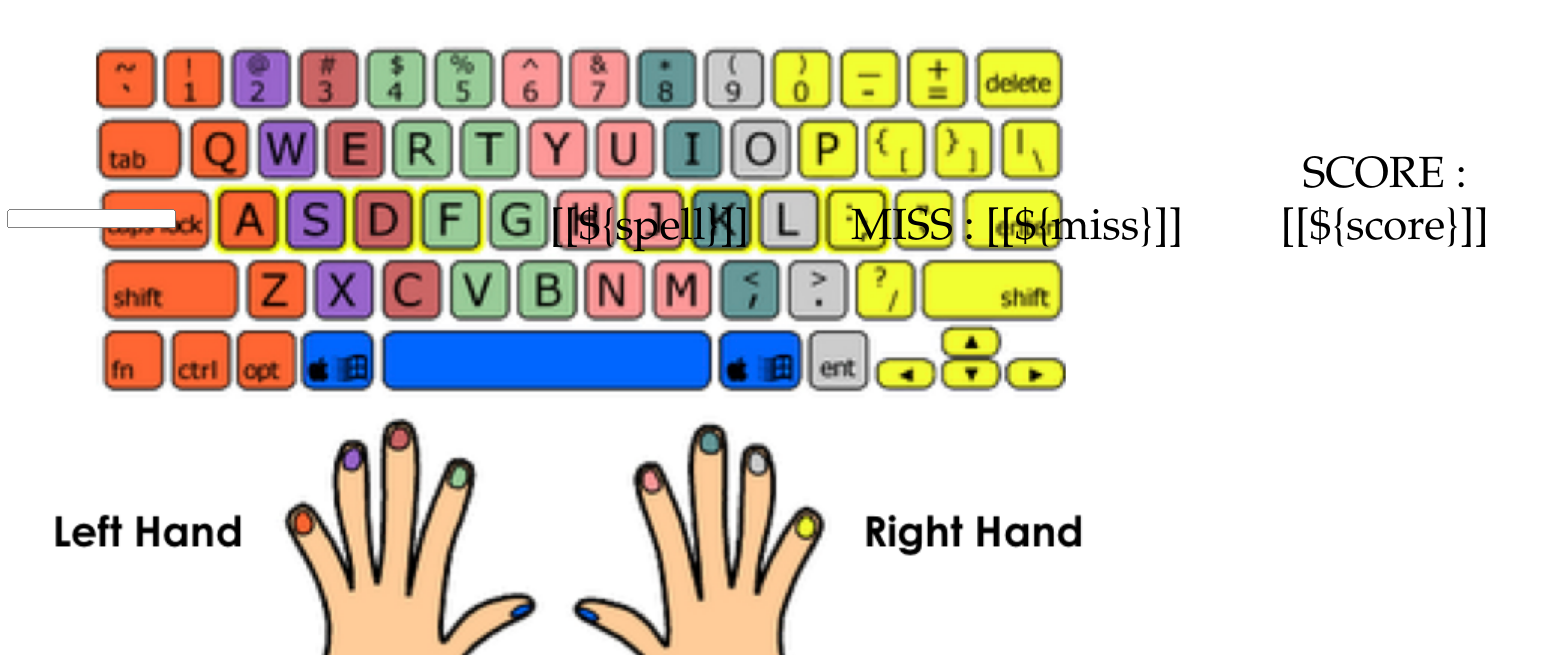
Repository: thaddeas01/typingskill
Page: src/main/resources/templates/single.html
An editor plug-in stored every save of this project. The page is shown before and after the next save, followed by the edit.
The browser window is 1280 px wide. The page is 1722 px wide, so the pictures cover 1722 px, including what lies to the right of the window. The pictures show the whole page, at 91% of full size.

Above is the page before, as saved 2023-01-14 00:34:47.
Console error: SyntaxError: Unexpected token '{'

### src/main/resources/templates/single.html
<head>
  <title>Game Application by Pentagon</title>
</head>

<body>
  <div id="app"></div>

  <p class="word1"> [[${spell}]]</p>
  <p class="word2"> MISS : [[${miss}]]</p>
  <p class="word3"> SCORE : [[${score}]]</p>
  <form th:action="@{/hantei(prob=${spell},miss=${miss},score=${score})}" method="post">
    <input type="text" name="answer" id="firstinput">
  </form>
</body>

<style>
  body {
      background-image: url('gamebacks.png');
      background-repeat: no-repeat;
      background-size: cover;
    }

    .word1{
      font-size: 3em;
      width: 400px;
      height: 100px;
      font-family: "garamond", serif;
      position: relative;
      text-align: center;
      top: 20%;
      left: 40%;
      display: inline-block;
      margin-top: 1rem;
    }
    .word2{
      font-size: 3em;
      width: 400px;
      height: 100px;
      font-family: "garamond", serif;
      position: relative;
      text-align: center;
      top: 20%;
      left: 40%;
      display: inline-block;
      margin-top: 1rem;
    }
    .word3{
      font-size: 3em;
      width: 400px;
      height: 100px;
      font-family: "garamond", serif;
      position: relative;
      text-align: center;
      top: 20%;
      left: 40%;
      display: inline-block;
      margin-top: 1rem;
    }
  .base-timer {
    position: relative;
    width: 150px;
    height: 150px;
  }

  .base-timer__svg {
    transform: scaleX(-1);
  }

  .base-timer__circle {
    fill: none;
    stroke: none;
  }

  .base-timer__path-elapsed {
    stroke-width: 7px;
    stroke: grey;
  }

  .base-timer__path-remaining {
    stroke-width: 7px;
    stroke-linecap: round;
    transform: rotate(90deg);
    transform-origin: center;
    transition: 1s linear all;
    fill-rule: nonzero;
    stroke: currentColor;
  }

  .base-timer__path-remaining.green {
    color: rgb(65, 184, 131);
  }

  .base-timer__path-remaining.orange {
    color: orange;
  }

  .base-timer__path-remaining.red {
    color: red;
  }

  .base-timer__label {
    position: relative;
    top: -110px;
    width: 150px;
    height: 150px;
    display: flex;
    align-items: flex-start;
    justify-content: center;
    font-size: 48px;
  }
</style>
<script th:inline="javascript">
  const FULL_DASH_ARRAY = 300;
  const WARNING_THRESHOLD = 4;
  const ALERT_THRESHOLD = 2;

  const COLOR_CODES = {
    info: {
      color: "green"
    },
    warning: {
      color: "orange",
      threshold: WARNING_THRESHOLD
    },
    alert: {
      color: "red",
      threshold: ALERT_THRESHOLD
    }
  };

  const TIME_LIMIT = 7;
  let timePassed = 0;
  let timeLeft = TIME_LIMIT;
  let timerInterval = null;
  let remainingPathColor = COLOR_CODES.info.color;
  var miss = [[${ miss }]];
  var score = [[${ score }]];

  document.getElementById("app").innerHTML = `
<div class="base-timer">
  <svg class="base-timer__svg" viewBox="0 0 100 100" xmlns="http://www.w3.org/2000/svg">
    <g class="base-timer__circle">
      <circle class="base-timer__path-elapsed" cx="50" cy="50" r="45"></circle>
      <path
        id="base-timer-path-remaining"
        stroke-dasharray="283"
        class="base-timer__path-remaining ${remainingPathColor}"
        d="
          M 50, 50
          m -45, 0
          a 45,45 0 1,0 90,0
          a 45,45 0 1,0 -90,0
        "
      ></path>
    </g>
  </svg>
  <span id="base-timer-label" class="base-timer__label">${formatTime(
    timeLeft
  )}</span>
</div>
`;
  document.getElementById('firstinput').focus();
  startTimer();

  function startTimer() {
    timerInterval = setInterval(() => {
      timePassed = timePassed += 1;
      timeLeft = TIME_LIMIT - timePassed;
      document.getElementById("base-timer-label").innerHTML = formatTime(
        timeLeft
      );
      setCircleDasharray();
      setRemainingPathColor(timeLeft);

      if (timeLeft === 0) {
        clearInterval(timerInterval);
        setTimeout(function () {
          location.href = "/timeout?miss=" + miss + "&score=" + score
        }, 0);
      }
    }, 1000);
  }

  function formatTime(time) {
    const minutes = Math.floor(time / 60);
    let seconds = time % 60;

    if (seconds < 10) {
      seconds = `0${seconds}`;
    }

    return `${minutes}:${seconds}`;
  }

  function setRemainingPathColor(timeLeft) {
    const { alert, warning, info } = COLOR_CODES;
    if (timeLeft <= alert.threshold) {
      document
        .getElementById("base-timer-path-remaining")
        .classList.remove(warning.color);
      document
        .getElementById("base-timer-path-remaining")
        .classList.add(alert.color);
    } else if (timeLeft <= warning.threshold) {
      document
        .getElementById("base-timer-path-remaining")
        .classList.remove(info.color);
      document
        .getElementById("base-timer-path-remaining")
        .classList.add(warning.color);
    }
  }

  function calculateTimeFraction() {
    const rawTimeFraction = timeLeft / TIME_LIMIT;
    return rawTimeFraction - (1 / TIME_LIMIT) * (1 - rawTimeFraction);
  }

  function setCircleDasharray() {
    const circleDasharray = `${(
      calculateTimeFraction() * FULL_DASH_ARRAY
    ).toFixed(0)} 283`;
    document
      .getElementById("base-timer-path-remaining")
      .setAttribute("stroke-dasharray", circleDasharray);
  }
</script>

After the next save:
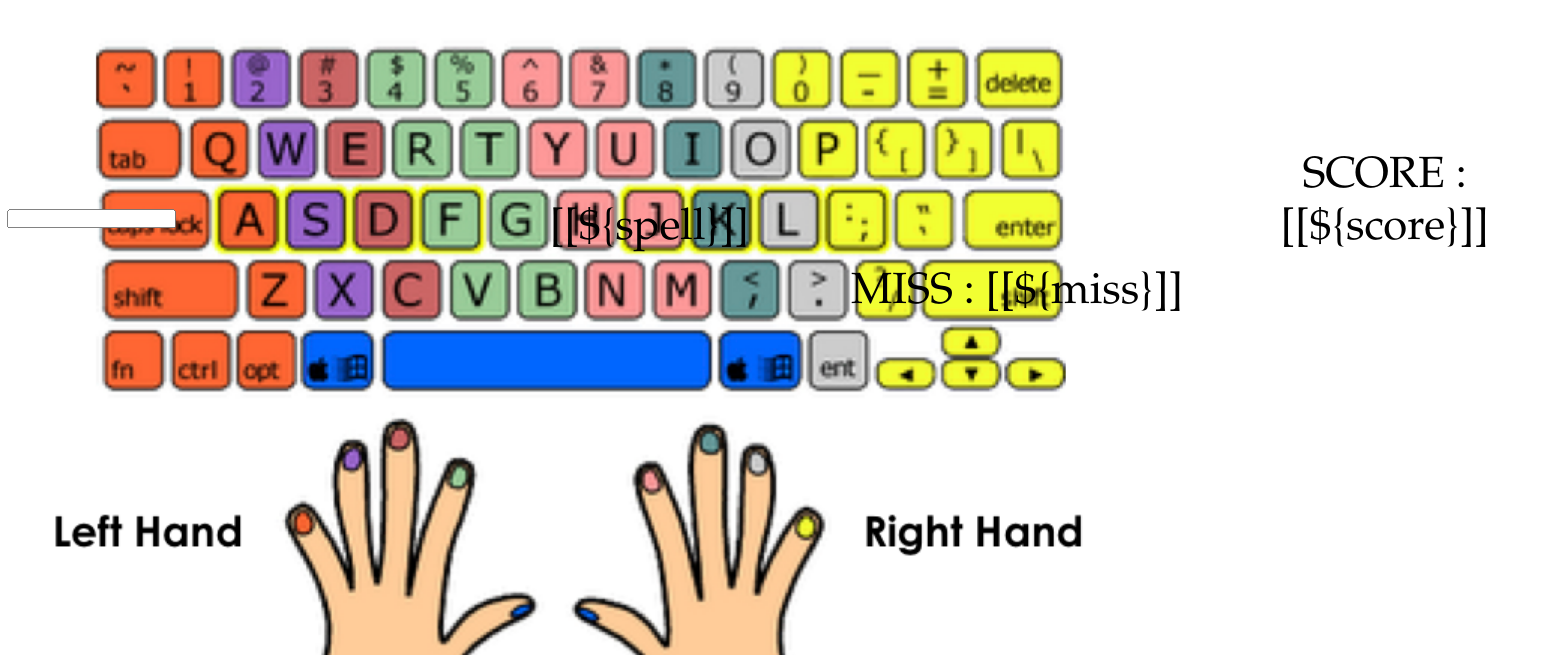
Saved 7 s later.
--- a/src/main/resources/templates/single.html
+++ b/src/main/resources/templates/single.html
@@ -39,7 +39,7 @@
       font-family: "garamond", serif;
       position: relative;
       text-align: center;
-      top: 20%;
+      top: 30%;
       left: 40%;
       display: inline-block;
       margin-top: 1rem;
